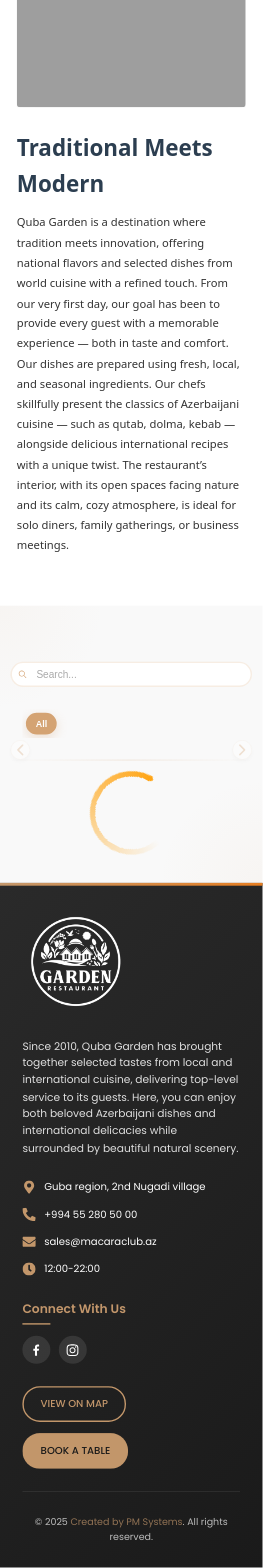
Repository: ferhadsultan98/menu-macara
Page: /
An editor plug-in stored every save of this project. The page is shown before and after a run of saves, followed by the edit.
The browser window is 375 px wide. The pictures show the part of the page from y = 1115 to 3355 px (the page is 3355 px tall before and 3333 px after), at 70% of full size.
Pictures or frames that could not be fetched are drawn as grey boxes. The page's requests for data from a server got no answer. The project was rebuilt for these pictures with package versions that can differ from the ones it lists, and the page was loaded fresh each time. No one was signed in, and anything a server would have sent is missing. Also part of the build but not shown: vite.config.js.

Above is the page before, as saved 2025-04-21 12:20:06.

### index.html
<!doctype html>
<html lang="en">
  <head>
    <meta charset="UTF-8" />
    <link rel="shortcut icon" href="/src/assets/logo.png" type="image/x-icon">
    <meta name="viewport" content="width=device-width, initial-scale=1.0" />
    <title>Guba Garden - Menu</title>
  </head>
  <body>
    <div id="root"></div>
    <script type="module" src="/src/main.jsx"></script>
  </body>
</html>

### src/App.jsx
import React from "react";
import { I18nextProvider } from "react-i18next";
import i18n from "./Languages/i18n";
import "./App.scss";
import MainLayout from "./Components/Common/MainLayout";
import Home from "./Pages/Home/Home";
import MenuSection from "./Pages/MenuSection/MenuSection";

function App() {

  return (
    <I18nextProvider i18n={i18n}>
      <div className="app-container">
        <MainLayout>
        <Home  />
          <MenuSection  />
        </MainLayout>
      </div>
    </I18nextProvider>
  );
}

export default App;

### src/App.scss
* {
  margin: 0;
  padding: 0;
  box-sizing: border-box;
}

body {
  font-family: system-ui, -apple-system, BlinkMacSystemFont, "Segoe UI", Roboto,
    Oxygen, Ubuntu, Cantarell, "Open Sans", "Helvetica Neue", sans-serif;
}

### src/Components/Common/MainLayout.jsx
import React from 'react';
import Header from './Header/Header';
import Footer from './Footer/Footer';

const MainLayout = ({ children }) => {
  return (
    <>
      <Header />
      {children}
      <Footer />
    </>
  );
};

export default MainLayout;

### src/Components/Common/Header/Header.jsx
import { useState, useEffect, useRef } from "react";
import "./Header.scss";
import Logo from "../../../assets/logo.png";
import whiteLogo from "../../../assets/logowhite.png";
import { motion, AnimatePresence } from "framer-motion";
import { useTranslation } from "react-i18next";
import { IoRestaurantOutline } from "react-icons/io5";

const Header = () => {
  const [scrolled, setScrolled] = useState(false);
  const [isOpen, setIsOpen] = useState(false);
  const dropdownRef = useRef(null);
  const { t, i18n } = useTranslation();

  const languages = [
    { code: "en", name: "English" },
    { code: "az", name: "Azərbaycan" },
    { code: "ru", name: "Русский" },
  ];

  useEffect(() => {
    const handleScroll = () => {
      const isScrolled = window.scrollY > 20;
      setScrolled(isScrolled);
    };

    window.addEventListener("scroll", handleScroll);
    return () => window.removeEventListener("scroll", handleScroll);
  }, []);

  useEffect(() => {
    const handleClickOutside = (event) => {
      if (dropdownRef.current && !dropdownRef.current.contains(event.target)) {
        setIsOpen(false);
      }
    };

    document.addEventListener("mousedown", handleClickOutside);
    return () => document.removeEventListener("mousedown", handleClickOutside);
  }, []);

  const toggleLanguage = (langCode) => {
    i18n.changeLanguage(langCode);
    setIsOpen(false);
  };

  const toggleMenu = () => {
    setIsOpen(!isOpen);
  };
  const scrollToTop = () => {
    window.scrollTo({ top: 0, behavior: "smooth" });
  };
  const scrollToMenu = () => {
    const menuSection = document.getElementById("menu");
    if (menuSection) {
      menuSection.scrollIntoView({ behavior: "smooth", block: "start" });
    }
  };
  return (
    <header className={`header ${scrolled ? "scrolled" : ""}`}>
      <div className="headerContainer">
        <a onClick={scrollToTop}>
          <div className="logo">
            <img
              src={scrolled ? Logo : whiteLogo}
              alt={scrolled ? "Logo" : "White Logo"}
              className="logo-img"
            />
          </div>
        </a>
        <button className="menu-button" onClick={scrollToMenu}>
        {t("header.menu")}
          <span className="menu-icon">
            <IoRestaurantOutline />
          </span>
        </button>
        <div className="header-actions">
          <div className="lang-dropdown" ref={dropdownRef}>
            <button
              className="lang-current"
              onClick={toggleMenu}
              aria-expanded={isOpen}
            >
              <span>{i18n.language.toUpperCase()}</span>
              <i className={`fas fa-chevron-down ${isOpen ? "open" : ""}`}></i>
            </button>

            <AnimatePresence>
              {isOpen && (
                <motion.ul
                  className="lang-options"
                  initial={{ opacity: 0, y: -10 }}
                  animate={{ opacity: 1, y: 0 }}
                  exit={{ opacity: 0, y: -10 }}
                  transition={{ duration: 0.2 }}
                >
                  {languages.map((lang) => (
                    <motion.li
                      key={lang.code}
                      whileHover={{ backgroundColor: "rgba(0,0,0,0.05)" }}
                      onClick={() => toggleLanguage(lang.code)}
                      className={i18n.language === lang.code ? "active" : ""}
                    >
                      <span className="lang-code">
                        {lang.code.toUpperCase()}
                      </span>
                      <span className="lang-name">{lang.name}</span>
                    </motion.li>
                  ))}
                </motion.ul>
              )}
            </AnimatePresence>
          </div>
        </div>
      </div>
    </header>
  );
};

export default Header;

### src/Pages/MenuSection/MenuSection.scss
// Mixins
@mixin flexCenter {
  display: flex;
  justify-content: center;
  align-items: center;
}

@mixin flexBetween {
  display: flex;
  justify-content: space-between;
  align-items: center;
}

@mixin hoverLift {
  transition: all 0.3s cubic-bezier(0.25, 0.8, 0.25, 1);
  &:hover {
    transform: translateY(-8px);
    box-shadow: 0 15px 35px rgba(0, 0, 0, 0.1);
  }
}

// Media query mixins
@mixin mobile {
  @media (max-width: 576px) {
    @content;
  }
}

@mixin tablet {
  @media (max-width: 768px) {
    @content;
  }
}

@mixin laptop {
  @media (max-width: 992px) {
    @content;
  }
}

@mixin desktop {
  @media (max-width: 1200px) {
    @content;
  }
}

// Animations
@keyframes fadeIn {
  from {
    opacity: 0;
    transform: translateY(20px);
  }
  to {
    opacity: 1;
    transform: translateY(0);
  }
}

@keyframes pulse {
  0% {
    transform: scale(1);
  }
  50% {
    transform: scale(1.05);
  }
  100% {
    transform: scale(1);
  }
}

@keyframes slideDown {
  from {
    transform: translateY(-100%);
  }
  to {
    transform: translateY(0);
  }
}

@keyframes searchPulse {
  0% {
    box-shadow: 0 0 0 0 rgba(212, 163, 115, 0.4);
  }
  70% {
    box-shadow: 0 0 0 8px rgba(212, 163, 115, 0);
  }
  100% {
    box-shadow: 0 0 0 0 rgba(212, 163, 115, 0);
  }
}

// Reset and Base Styles
.menuSection {
  padding: 100px 0;
  background-color: #f9f9f9;
  position: relative;
  overflow: hidden;
  @include laptop {
    padding: 80px 0;
  }

  @include tablet {
    padding: 70px 0;
  }

  @include mobile {
    padding: 50px 0;
  }

  &::before,
  &::after {
    content: "";
    position: absolute;
    width: 300px;
    height: 300px;
    border-radius: 50%;
    background: radial-gradient(
      circle,
      rgba(212, 163, 115, 0.05) 0%,
      rgba(212, 163, 115, 0) 70%
    );
    z-index: 0;
  }

  &::before {
    top: -150px;
    left: -150px;
  }

  &::after {
    bottom: -150px;
    right: -150px;
  }

  .container {
    max-width: 1200px;
    margin: 0 auto;
    padding: 0 20px;
    position: relative;
    z-index: 1;

    @include mobile {
      padding: 0 15px;
    }
  }

  &.hasSearchResults {
    .menuGrid {
      animation: fadeIn 0.5s ease forwards;
    }
  }
}

// Sticky Navbar
.menuNavbarWrapper {
  width: 100%;
  z-index: 2;
  transition: all 0.3s ease;
  position: relative;
  margin-bottom: 50px;

  @include tablet {
    margin-bottom: 30px;
  }

  @include mobile {
    margin-bottom: 25px;
  }

  &.sticky {
    position: fixed;
    top: 100px;
    left: 0;
    right: 0;
    background-color: rgba(255, 255, 255, 0.98);
    z-index: 2;
    animation: slideDown 0.3s ease forwards;
    padding: 10px 0;

    .menuNavbarContent {
      padding: 10px 0;
    }

    .menuSearch {
      margin-bottom: 15px;

      .searchInputWrapper {
        max-width: 800px;

        @include mobile {
          max-width: 100%;
        }
      }

      .searchInput {
        padding: 10px 40px 10px 40px;
      }
    }
  }

  .menuNavbarContent {
    padding: 15px 0;
    display: flex;
    flex-direction: column;

    @include tablet {
      padding: 10px 0;
    }
  }
}

// Adjust menu content when navbar is sticky
.sticky + .menuContent {
  padding-top: 160px;

  @include tablet {
    padding-top: 130px;
  }

  @include mobile {
    padding-top: 200px;
  }
}

// Search component
.menuSearch {
  margin-bottom: 20px;

  @include mobile {
    margin-bottom: 15px;
  }

  .searchInputWrapper {
    position: relative;
    width: 100%;
    max-width: 500px;
    margin: 0 auto;
    transition: all 0.3s ease;

    @include mobile {
      max-width: 100%;
      margin-top: 30px;
    }
  }

  .searchIcon {
    position: absolute;
    left: 15px;
    top: 50%;
    transform: translateY(-50%);
    font-size: 1.2rem;
    color: #d4a373;
    z-index: 2;

    @include mobile {
      font-size: 1rem;
      left: 12px;
    }
  }

  .searchInput {
    width: 100%;
    padding: 12px 40px 12px 45px;
    border-radius: 30px;
    border: 2px solid rgba(212, 163, 115, 0.2);
    font-size: 1rem;
    background-color: white;
    transition: all 0.3s ease;
    appearance: none;

    @include mobile {
      padding: 10px 35px 10px 38px;
      font-size: 0.95rem;
    }

    &:focus {
      outline: none;
      border-color: #d4a373;
      box-shadow: 0 0 0 3px rgba(212, 163, 115, 0.2);
    }

    &::placeholder {
      color: #aaa;
      transition: opacity 0.2s ease;
    }

    &:focus::placeholder {
      opacity: 0.7;
    }
  }

  .clearSearchButton {
    position: absolute;
    right: 15px;
    top: 50%;
    transform: translateY(-50%);
    background: none;
    border: none;
    font-size: 1.5rem;
    color: #aaa;
    cursor: pointer;
    padding: 0;
    width: 20px;
    height: 20px;
    display: flex;
    align-items: center;
    justify-content: center;
    transition: color 0.2s ease;
    z-index: 2;

    @include mobile {
      right: 12px;
      font-size: 1.3rem;
    }

    &:hover {
      color: #d4a373;
      transform: translateY(-50%) scale(1.1);
    }

    &:active {
      transform: translateY(-50%) scale(0.95);
    }
  }

  &.searchActive {
    .searchInput {
      animation: searchPulse 1.5s ease-out;
      border-color: rgba(212, 163, 115, 0.5);
    }
  }
}

// Menu Filter - Enhanced with Overflow Support
.menuFilter {
  position: relative;

  &::before {
    content: "";
    position: absolute;
    left: 0;
    right: 0;
    bottom: -15px;
    height: 1px;
    background: linear-gradient(
      to right,
      rgba(212, 163, 115, 0),
      rgba(212, 163, 115, 0.3),
      rgba(212, 163, 115, 0)
    );
  }

  .menuFilterContainer {
    position: relative;
    padding: 0 40px; // Space for scroll indicators

    @include tablet {
      padding: 0 30px;
    }

    @include mobile {
      padding: 0 25px;
    }

    // Scroll indicators/buttons
    .scrollButton {
      position: absolute;
      top: 50%;
      transform: translateY(-50%);
      width: 36px;
      height: 36px;
      border-radius: 50%;
      background: white;
      border: 1px solid rgba(212, 163, 115, 0.2);
      color: #d4a373;
      display: flex;
      justify-content: center;
      align-items: center;
      cursor: pointer;
      box-shadow: 0 3px 8px rgba(0, 0, 0, 0.08);
      z-index: 5;
      transition: all 0.3s cubic-bezier(0.25, 0.8, 0.25, 1);

      @include tablet {
        width: 30px;
        height: 30px;
      }

      @include mobile {
        width: 28px;
        height: 28px;
      }

      &:hover {
        background: rgba(212, 163, 115, 0.1);
      }

      &.scrollButtonPrev {
        left: 0;

      }

      &.scrollButtonNext {
        right: 0;

      }

      &.scrollButtonDisabled {
        opacity: 0.3;
        cursor: not-allowed;

        &:hover {
          background: white;
        }
      }
    }
  }

  .menuFilterList {
    display: flex;
    list-style: none;
    padding: 0;
    margin: 0;
    overflow-x: auto;
    -webkit-overflow-scrolling: touch; // Smooth scrolling on iOS
    scrollbar-width: none; // Firefox
    -ms-overflow-style: none; // IE/Edge
    scroll-behavior: smooth;

    // Hide scrollbar
    &::-webkit-scrollbar {
      display: none;
    }

    // Add padding to allow focus ring visibility
    padding: 5px;
    margin: -5px;
  }

  .menuFilterItem {
    flex: 0 0 auto;
    margin: 0 5px;

    &:first-child {
      margin-left: 0;
    }

    &:last-child {
      margin-right: 0;
    }
  }

  .menuFilterButton {
    background: transparent;
    border: 2px solid transparent;
    font-size: 0.95rem;
    font-weight: 500;
    color: #4a4a4a;
    padding: 12px 20px;
    cursor: pointer;
    transition: all 0.3s cubic-bezier(0.25, 0.8, 0.25, 1);
    text-transform: capitalize;
    border-radius: 30px;
    position: relative;
    overflow: hidden;
    white-space: nowrap;
    box-shadow: 0 3px 10px rgba(0, 0, 0, 0.05);

    @include tablet {
      padding: 10px 16px;
      font-size: 0.9rem;
    }

    @include mobile {
      padding: 8px 14px;
      font-size: 0.85rem;
    }

    // Icon styles
    .menuIcon {
      display: inline-block;
      margin-right: 8px;
      font-size: 0.9rem;

      @include mobile {
        margin-right: 6px;
        font-size: 0.8rem;
      }
    }

    &:hover {
      background-color: rgba(212, 163, 115, 0.1);
      color: #d4a373;
      border-color: rgba(212, 163, 115, 0.2);
    }

    &.menuFilterButtonActive {
      background-color: #d4a373;
      color: white !important;
      font-weight: 600;
      box-shadow: 0 5px 15px rgba(212, 163, 115, 0.3);
      border-color: #d4a373;
    }

    &:focus-visible {
      outline: 2px solid #d4a373;
      outline-offset: 2px;
    }
  }

  .menuFilterChipsDesign {
    .menuFilterButton {
      padding: 8px 16px;
      font-size: 0.85rem;

      @include mobile {
        padding: 6px 12px;
        font-size: 0.8rem;
      }

      .menuIcon {
        margin-right: 6px;
        font-size: 0.8rem;

        @include mobile {
          margin-right: 4px;
          font-size: 0.75rem;
        }
      }
    }
  }
}

// No Results Found
.noResultsFound {
  text-align: center;
  padding: 60px 20px;
  background-color: rgba(255, 255, 255, 0.7);
  border-radius: 12px;
  box-shadow: 0 5px 20px rgba(0, 0, 0, 0.05);

  @include tablet {
    padding: 50px 15px;
  }

  @include mobile {
    padding: 40px 15px;
  }

  h3 {
    color: #d4a373;
    font-size: 1.8rem;
    margin-bottom: 15px;

    @include tablet {
      font-size: 1.6rem;
      margin-bottom: 12px;
    }

    @include mobile {
      font-size: 1.4rem;
      margin-bottom: 10px;
    }
  }

  p {
    color: #777;
    font-size: 1.1rem;
    margin-bottom: 25px;

    @include tablet {
      font-size: 1rem;
      margin-bottom: 20px;
    }

    @include mobile {
      font-size: 0.95rem;
      margin-bottom: 18px;
    }
  }

  .resetFilterButton {
    background-color: #d4a373;
    color: white;
    border: none;
    padding: 12px 25px;
    border-radius: 30px;
    font-size: 1rem;
    font-weight: 500;
    cursor: pointer;
    transition: all 0.3s ease;

    @include mobile {
      padding: 10px 20px;
      font-size: 0.95rem;
    }

    &:hover {
      background-color: darken(#d4a373, 10%);
      transform: translateY(-3px);
      box-shadow: 0 5px 15px rgba(212, 163, 115, 0.3);
    }

    &:focus-visible {
      outline: 2px solid darken(#d4a373, 15%);
      outline-offset: 2px;
    }
  }
}

// Menu Grid - Enhanced
.menuGrid {
  display: grid;
  grid-template-columns: repeat(auto-fill, minmax(350px, 1fr));
  gap: 35px;
  margin-bottom: 50px;

  @include laptop {
    grid-template-columns: repeat(auto-fill, minmax(300px, 1fr));
    gap: 30px;
  }

  @include tablet {
    grid-template-columns: repeat(auto-fill, minmax(280px, 1fr));
    gap: 25px;
  }

  @include mobile {
    grid-template-columns: 1fr;
    gap: 20px;
    margin-bottom: 30px;
  }
}

// Menu Items - Enhanced
.menuItem {
  animation: fadeIn 0.8s ease forwards;

  .menuItemCard {
    background: #ffffff;
    border-radius: 12px;
    overflow: hidden;
    box-shadow: 0 10px 30px rgba(0, 0, 0, 0.08);
    @include hoverLift;
    height: 100%;
    display: flex;
    flex-direction: column;
    position: relative;
  }

  .menuItemImage {
    width: 100%;
    height: 220px;
    overflow: hidden;
    position: relative;

    @include tablet {
      height: 180px;
    }

    @include mobile {
      height: 160px;
    }

    &::after {
      content: "";
      position: absolute;
      bottom: 0;
      left: 0;
      right: 0;
      height: 40%;
      z-index: 1;
    }

    img {
      width: 100%;
      height: 100%;
      object-fit: contain;
      display: block;
      transition: transform 0.7s ease;
      transform: scale(1.1);
    }
  }

  .menuItemCategoryBadge {
    position: absolute;
    top: 15px;
    right: 15px;
    background-color: rgba(212, 163, 115, 0.9);
    color: white;
    font-size: 0.8rem;
    padding: 6px 12px;
    border-radius: 20px;
    font-weight: 600;
    letter-spacing: 1px;
    text-transform: uppercase;
    z-index: 2;
    box-shadow: 0 3px 8px rgba(0, 0, 0, 0.15);

    @include mobile {
      top: 10px;
      right: 10px;
      font-size: 0.7rem;
      padding: 5px 10px;
    }
  }

  .menuItemContent {
    padding: 25px;
    display: flex;
    flex-direction: column;
    flex-grow: 1;
    justify-content: space-between;

    @include tablet {
      padding: 20px;
    }

    @include mobile {
      padding: 18px;
    }
  }

  .menuItemTitle {
    font-size: 1.5rem;
    color: #2e2e2e;
    margin-bottom: 12px;
    font-weight: 600;
    position: relative;

    @include tablet {
      font-size: 1.3rem;
      margin-bottom: 10px;
    }

    @include mobile {
      font-size: 1.2rem;
      margin-bottom: 8px;
    }

    &::after {
      content: "";
      position: absolute;
      bottom: -6px;
      left: 0;
      width: 40px;
      height: 2px;
      background-color: #d4a373;
      border-radius: 2px;

      @include mobile {
        width: 30px;
        bottom: -4px;
      }
    }
  }

  .menuItemDescription {
    font-size: 0.95rem;
    color: #777777;
    margin-bottom: 20px;
    line-height: 1.7;
    flex-grow: 1;

    @include tablet {
      font-size: 0.9rem;
      margin-bottom: 18px;
    }

    @include mobile {
      font-size: 0.85rem;
      margin-bottom: 15px;
      line-height: 1.6;
    }
  }

  .menuItemFooter {
    @include flexBetween;
    margin-top: auto;
  }

  .menuItemPrice {
    font-size: 1.3rem;
    color: #d4a373;
    font-weight: 700;

    @include tablet {
      font-size: 1.2rem;
    }

    @include mobile {
      font-size: 1.1rem;
    }
  }

  .menuItemOrderBtn {
    width: 40px;
    height: 40px;
    border-radius: 50%;
    background-color: #d4a373;
    color: white;
    border: none;
    cursor: pointer;
    @include flexCenter;
    transition: all 0.3s cubic-bezier(0.25, 0.8, 0.25, 1);
    box-shadow: 0 4px 10px rgba(212, 163, 115, 0.3);

    @include mobile {
      width: 36px;
      height: 36px;
    }

    i {
      font-size: 1rem;

      @include mobile {
        font-size: 0.9rem;
      }
    }

    &:hover {
      background-color: darken(#d4a373, 10%);
      transform: translateY(-3px);
      box-shadow: 0 6px 15px rgba(212, 163, 115, 0.4);
    }
  }
}

// Load More Button
.menuLoadMore {
  text-align: center;
  margin: 40px 0;

  @include mobile {
    margin: 30px 0;
  }

  .loadMoreButton {
    background-color: transparent;
    border: 2px solid #d4a373;
    color: #d4a373;
    padding: 14px 35px;
    font-size: 1rem;
    font-weight: 600;
    border-radius: 30px;
    cursor: pointer;
    transition: all 0.3s cubic-bezier(0.25, 0.8, 0.25, 1);

    @include tablet {
      padding: 12px 30px;
    }

    @include mobile {
      padding: 10px 25px;
      font-size: 0.95rem;
    }

    &:hover {
      background-color: #d4a373;
      color: white;
      box-shadow: 0 5px 15px rgba(212, 163, 115, 0.3);
    }

    &:focus-visible {
      outline: 2px solid #d4a373;
      outline-offset: 2px;
    }
  }
}

// Menu Action Section
.menuAction {
  text-align: center;
  margin-top: 60px;
  position: relative;

  @include tablet {
    margin-top: 50px;
  }

  @include mobile {
    margin-top: 40px;
  }

  &::before {
    content: "";
    position: absolute;
    top: -30px;
    left: 50%;
    transform: translateX(-50%);
    width: 100px;
    height: 1px;
    background: linear-gradient(
      to right,
      rgba(212, 163, 115, 0),
      rgba(212, 163, 115, 0.5),
      rgba(212, 163, 115, 0)
    );

    @include mobile {
      width: 80px;
      top: -25px;
    }
  }

  .primaryButton {
    display: inline-flex;
    align-items: center;
    justify-content: center;
    gap: 10px;
    padding: 16px 35px;
    background-color: #d4a373;
    color: white;
    text-decoration: none;
    border-radius: 50px;
    font-size: 1.1rem;
    font-weight: 600;
    transition: all 0.3s cubic-bezier(0.25, 0.8, 0.25, 1);
    letter-spacing: 0.5px;
    box-shadow: 0 8px 20px rgba(212, 163, 115, 0.3);

    @include tablet {
      padding: 14px 30px;
      font-size: 1rem;
    }

    @include mobile {
      padding: 12px 25px;
      font-size: 0.95rem;
      gap: 8px;
    }

    i {
      font-size: 1.2rem;
      transition: transform 0.3s ease;

      @include mobile {
        font-size: 1.1rem;
      }
    }

    &:hover {
      background-color: darken(#d4a373, 10%);
      transform: translateY(-5px);
      box-shadow: 0 12px 25px rgba(212, 163, 115, 0.4);

      i {
        transform: translateX(3px);
      }
    }

    &:active {
      transform: translateY(-2px);
      box-shadow: 0 8px 15px rgba(212, 163, 115, 0.3);
    }

    &:focus-visible {
      outline: 2px solid darken(#d4a373, 15%);
      outline-offset: 2px;
    }
  }
}

// Small screens adjustments
@media (max-width: 400px) {
  .menuSection {
    padding: 40px 0;
  }

  .menuNavbarWrapper {
    margin-bottom: 20px;
    &.sticky {
      top: 70px;
    }
  }

  .menuSearch {
    .searchInput {
      padding: 8px 32px 8px 35px;
      font-size: 0.9rem;
    }

    .searchIcon {
      font-size: 0.9rem;
      left: 10px;
    }

    .clearSearchButton {
      right: 10px;
      font-size: 1.2rem;
    }
  }

  .menuFilter {
    .menuFilterContainer {
      padding: 22px 22px;
      .scrollButton{
        &.scrollButtonPrev{
          top: 100%;
        }
        &.scrollButtonNext{
          top: 100%;
        }
      }

    }

    .scrollButton {
      width: 24px;
      height: 24px;
      padding: 1px;
    }

    .menuFilterButton {
      padding: 6px 12px;
      font-size: 0.8rem;

    }

  }

  .menuItem {
    .menuItemImage {
      height: 140px;
    }

    .menuItemContent {
      padding: 15px;
    }

    .menuItemTitle {
      font-size: 1.1rem;
    }

    .menuItemDescription {
      font-size: 0.8rem;
      margin-bottom: 12px;
    }

    .menuItemPrice {
      font-size: 1rem;
    }
  }

  .menuLoadMore {
    .loadMoreButton {
      padding: 8px 20px;
      font-size: 0.9rem;
    }
  }
}

// Fix specific issues for devices between 576px and 767px
@media (min-width: 577px) and (max-width: 767px) {
  .menuGrid {
    grid-template-columns: repeat(2, 1fr);
    gap: 20px;
  }
}

// Better handling for safari mobile
@supports (-webkit-touch-callout: none) {
  .menuFilterList {
    -webkit-overflow-scrolling: touch;
  }

  .menuItemCard {
    -webkit-transform: translateZ(0);
  }
}

### src/Components/Loading/Loading.jsx
import React from "react";
import "./Loading.scss";

const Loading = () => {
  return <div className="restaurantLoader"></div>;
};

export default Loading;

### src/server/server.jsx
// src/server/server.js
import { initializeApp } from "firebase/app";
import { getDatabase, ref, onValue, set, push, remove, update } from "firebase/database";
import { getAnalytics } from "firebase/analytics";

// Firebase configuration
const firebaseConfig = {
  apiKey: "AIzaSyA3iCDoGXoamiNg5rUrGU5uqmnfMHKO9BI",
  authDomain: "gubagarden.firebaseapp.com",
  projectId: "gubagarden",
  storageBucket: "gubagarden.firebasestorage.app",
  messagingSenderId: "920416051355",
  appId: "1:920416051355:web:6acffca1bb687b0d4ca63e",
  measurementId: "G-L77LRCTPG3",
  databaseURL: "https://gubagarden-default-rtdb.firebaseio.com"
};


const app = initializeApp(firebaseConfig);
let analytics = null;


if (typeof window !== 'undefined') {
  try {
    analytics = getAnalytics(app);
  } catch (error) {
    console.error("Analytics failed to initialize:", error);
  }
}

const database = getDatabase(app);

export { database, analytics, ref, onValue, set, push, remove, update };

### src/Components/Loading/Loading.scss
.restaurantLoader {
  width: 120px;
  aspect-ratio: 1;
  border-radius: 50%;
  background: radial-gradient(farthest-side, #ffa516 94%, #0000) top/8px 8px
      no-repeat,
    conic-gradient(#0000 30%, #ffa516);
  -webkit-mask: radial-gradient(farthest-side, #0000 calc(100% - 8px), #000 0);
  animation: l13 1s infinite linear;
  display: flex;
  margin: 0 auto;
}
@keyframes l13 {
  100% {
    transform: rotate(1turn);
  }
}

Loaded but not shown: src/main.jsx (common file); src/Languages/AZ/AZ.json (33 lines, source omitted); src/Languages/RU/RU.json (32 lines, source omitted); src/Languages/EN/EN.json (31 lines, source omitted); src/Languages/i18n.js (34 lines, source omitted); src/Pages/Home/Home.scss (770 lines, source omitted); src/Pages/MenuSection/MenuSection.jsx (412 lines, source omitted); src/Pages/Home/Home.jsx (225 lines, source omitted); src/Components/Common/Header/Header.scss (467 lines, source omitted); src/Components/Common/Footer/Footer.jsx (167 lines, source omitted); src/Components/Common/Footer/Footer.scss (281 lines, source omitted); src/index.css (no stored copy; drawn as an empty file)

After the next 5 saves:
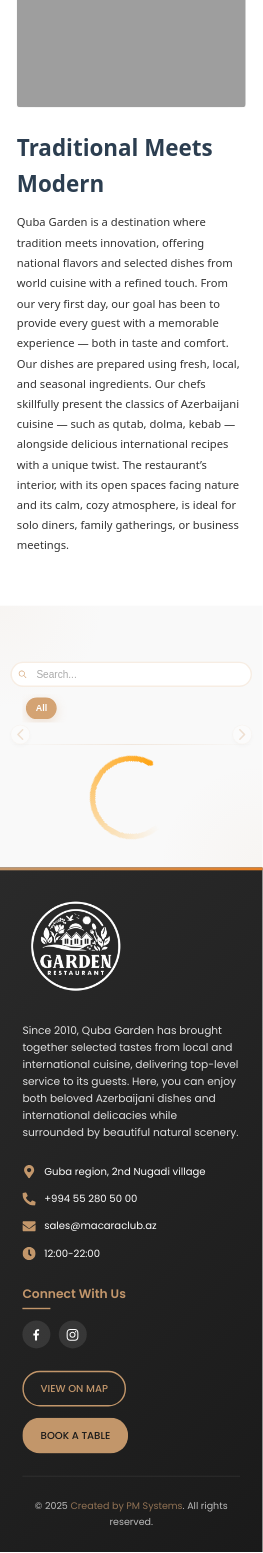
The 5 saves are shown as one change because they came seconds apart.
The last was saved 32 s later.
--- a/src/Pages/MenuSection/MenuSection.scss
+++ b/src/Pages/MenuSection/MenuSection.scss
@@ -993,7 +993,8 @@
 
   .menuFilter {
     .menuFilterContainer {
-      padding: 22px 22px;
+      padding: 0 22px;
+      padding-bottom: 22px;
       .scrollButton{
         &.scrollButtonPrev{
           top: 100%;
